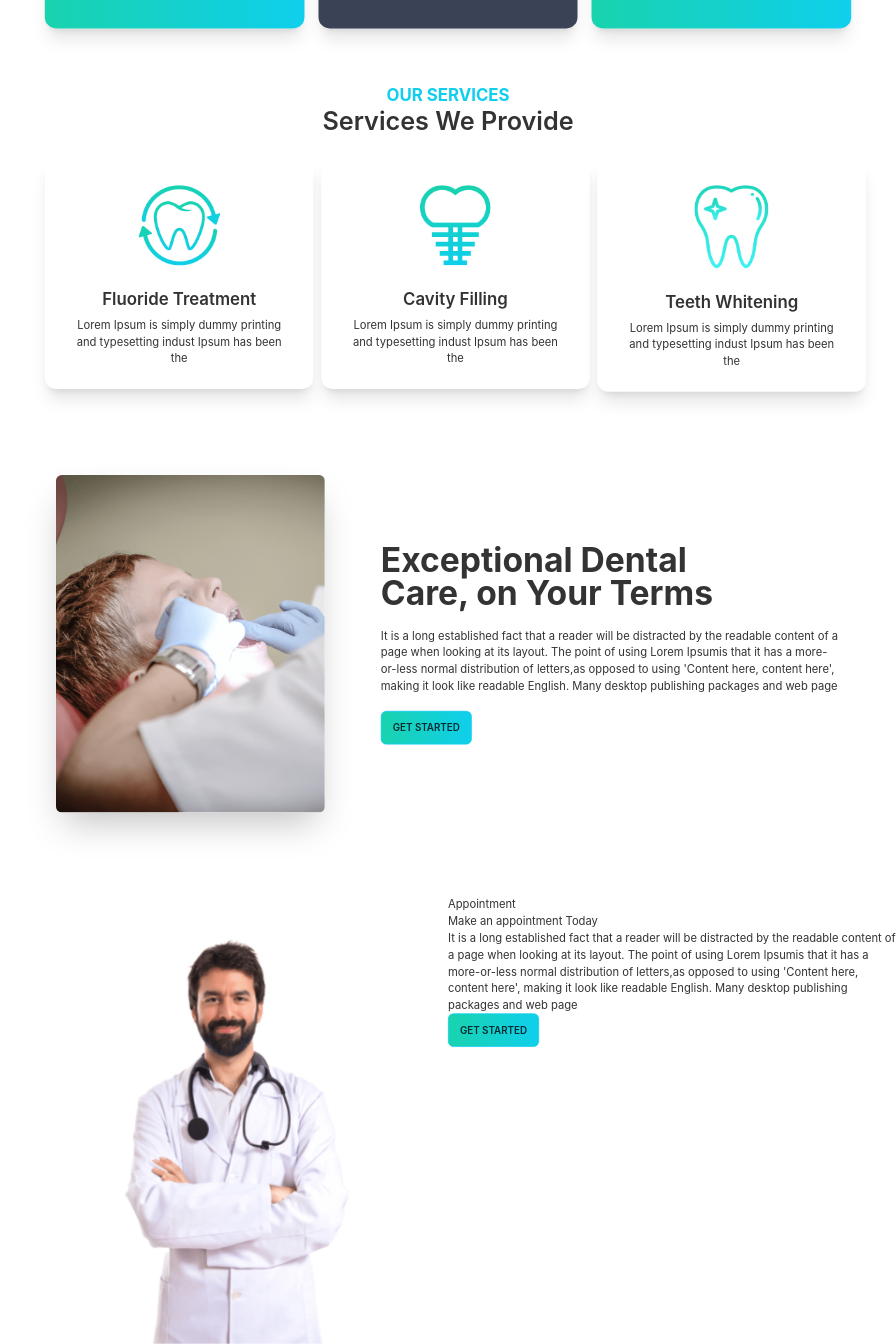
Repository: Tanvir3744/Doctors-client-website
Page: /
These files come from the project's save history. The page is drawn as it stood at one moment and after the next save; the edit follows.
The browser window is 1280 px wide. The pictures show the part of the page from y = 811 to 2731 px (the page is 2731 px tall), at 70% of full size.
The project was rebuilt for these pictures with package versions that can differ from the ones it lists, and the page was loaded fresh each time. Also part of the build but not shown: src/Pages/About/About.js, src/Pages/Login/Login.js, src/Pages/NotFound/NotFound.js.

Above is the page before, as saved 2022-05-25 20:42:03.

After the next save:
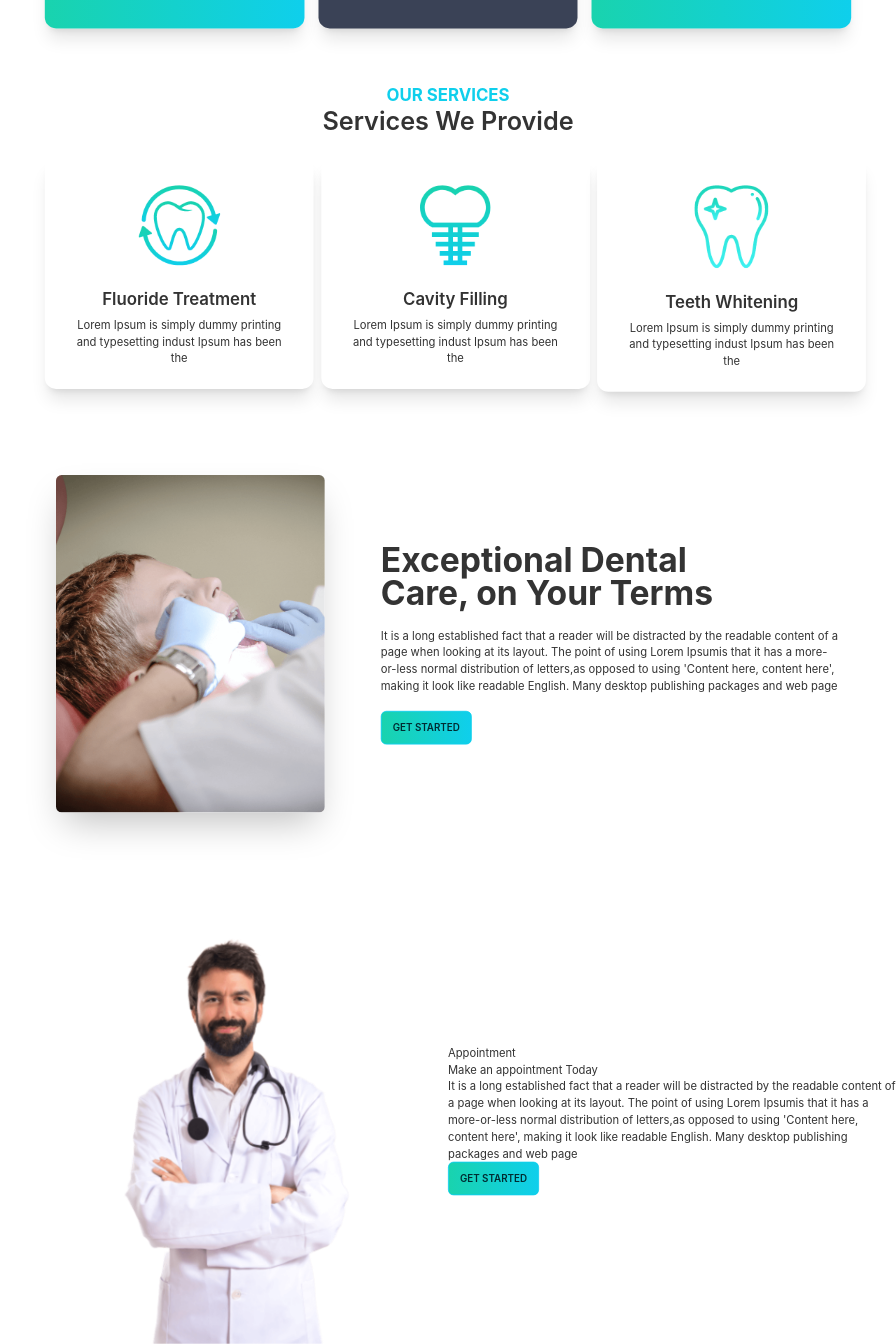
Saved 23 s later.
--- a/src/Pages/Home/MakeAppointment.js
+++ b/src/Pages/Home/MakeAppointment.js
@@ -3,7 +3,7 @@ import Appointment from "../../assets/images/appointment.png";
 import Doctor from '../../assets/images/doctor.png';
 const MakeAppointment = () => {
     return (
-        <div className='flex justify-center align-center'>
+        <div className='flex justify-center items-center'>
             <div className='flex-1'>
                 <img src={Doctor} alt="Doctors image" />
             </div>
